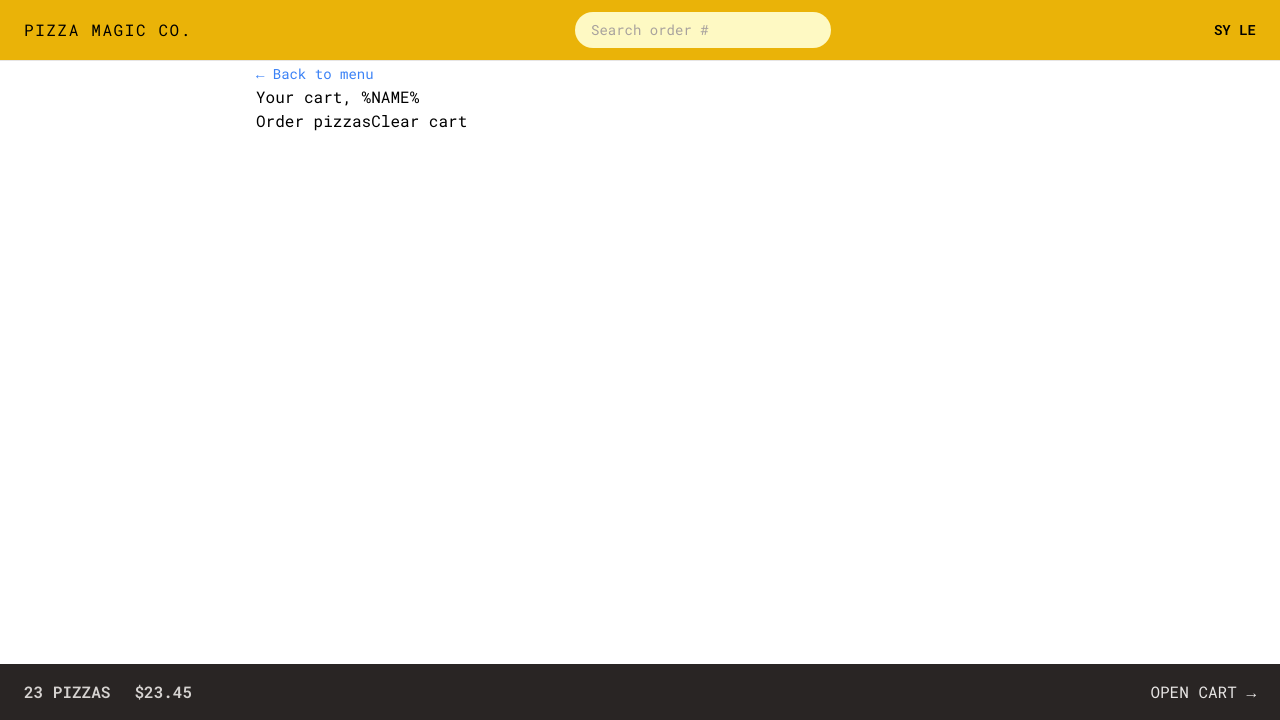
Repository: SyLe-Van/The-Pizza-Magic-web
Page: /cart
An editor plug-in stored every save of this project. The page is shown before and after the next save, followed by the edit.
The browser window is 1280 px wide. The pictures show the whole page.
The project was rebuilt for these pictures with package versions that can differ from the ones it lists, and the page was loaded fresh each time. Also part of the build but not shown: vite.config.js, src/features/user/CreateUser.jsx, src/ui/Home.jsx, src/ui/Loader.jsx, src/services/apiRestaurant.js, src/features/menu/Menu.jsx, src/ui/Error.jsx, src/features/order/CreateOrder.jsx and 2 more. Imported but missing from the stored project, and not drawn on this page: src/features/menu/MenuItem.

Above is the page before, as saved 2024-07-28 18:12:08.

After the next save:
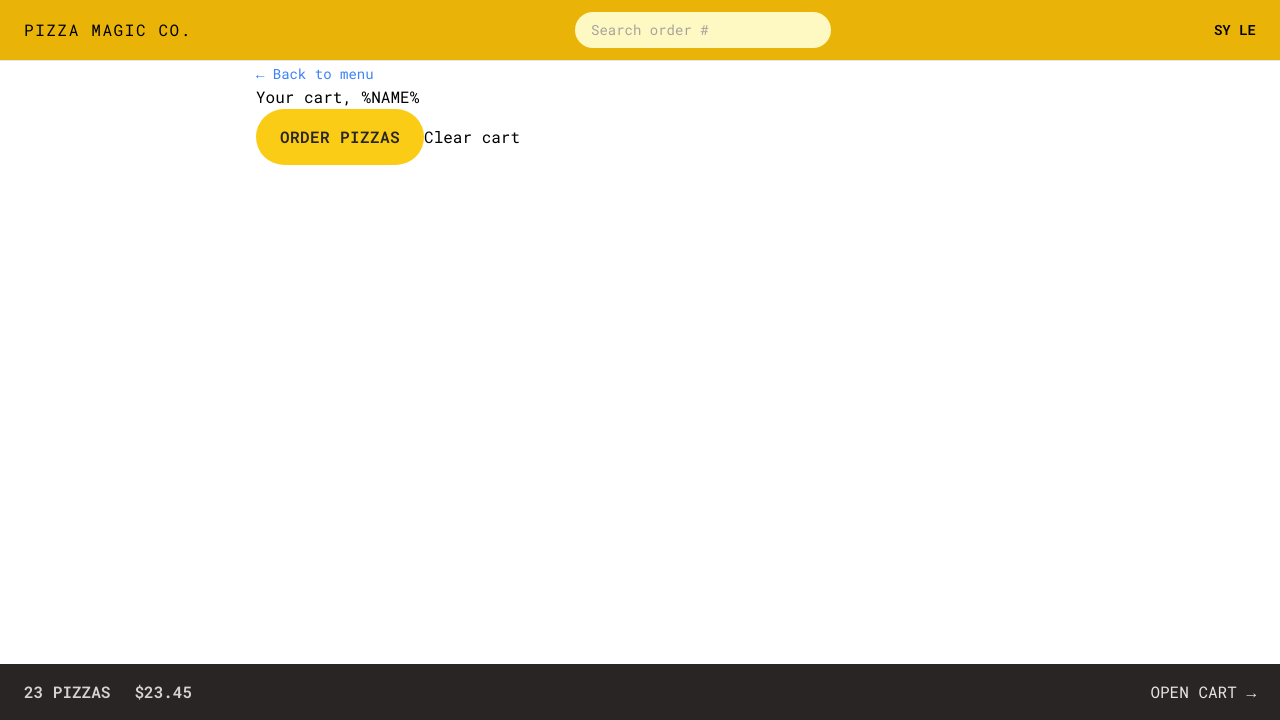
Saved 50 s later.
--- a/src/features/cart/Cart.jsx
+++ b/src/features/cart/Cart.jsx
@@ -35,7 +35,7 @@ function Cart() {
       <h2>Your cart, %NAME%</h2>
 
       <div>
-        <Button  to="/order/new">Order pizzas</Button>
+        <Button type="primary" to="/order/new">Order pizzas</Button>
 
         <button>Clear cart</button>
       </div>
